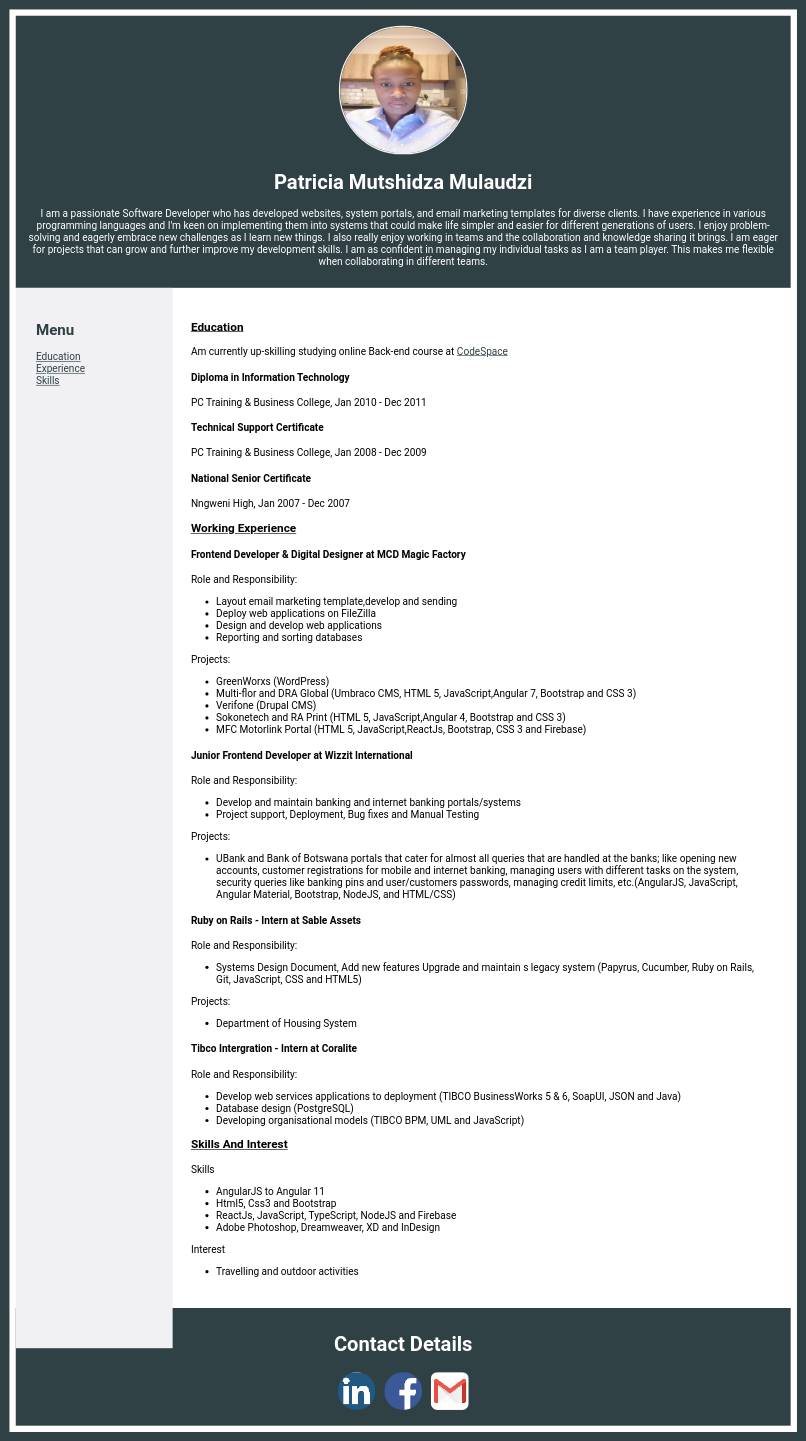
Repository: Patricious/Digital-Resume-01
Page: index.html
An editor plug-in stored every save of this project. The page is shown before and after a run of saves, followed by the edit.
The browser window is 1280 px wide. The pictures show the whole page, at 63% of full size.

Above is the page before, as saved 2021-08-23 11:54:38.

### index.html
<!DOCTYPE html>
<html>

<head>
    <title>Patricia Digital Resume</title>
    <meta charset="utf-8">
    <meta name="viewport" content="width=device-width, initial-scale=1">
    <link rel="stylesheet" type="text/css" href="css/stylesheet.css">
</head>

<body scroll="yes">

    <header>
        <img src="img/IMG_20200502_085519.jpg" alt="profile" width="200" height="200" class="profile" />
        <h1>Patricia Mutshidza Mulaudzi</h1>
        <p>I am a passionate Software Developer who has developed websites, system portals, and email marketing templates for diverse clients. I have experience in various programming languages and I'm keen on implementing them into systems that could make
            life simpler and easier for different generations of users. I enjoy problem-solving and eagerly embrace new challenges as I learn new things. I also really enjoy working in teams and the collaboration and knowledge sharing it brings. I am
            eager for projects that can grow and further improve my development skills. I am as confident in managing my individual tasks as I am a team player. This makes me flexible when collaborating in different teams.</p>
    </header>
    <div class="container">
        <section>
            <aside>
                <h2>Menu</h2>
                <ul class="nav">
                    <li>
                        <a href="#education">Education</a>
                    </li>
                    <li>
                        <a href="#experience">Experience</a>
                    </li>
                    <li>
                        <a href="#skills">Skills</a>
                    </li>

                </ul>
            </aside>

            <article>
                <h3 id="education"> <span>Education</span>
                </h3>
                <p> Am currently up-skilling studying online Back-end course at
                    <a href="https://www.codespace.co.za/courses/?matchtype=b&device=c&keyword=codespace&adgroupid=81088003381&utm_campaign=8148639553&utm_source=google&utm_medium=cpc&gclid=EAIaIQobChMIkP_7q8bG8gIV1uvtCh0w7A1-EAAYASAAEgL34vD_BwE"> CodeSpace</a>
                </p>

                <h4>Diploma in Information Technology </h4>

                <p>PC Training & Business College, Jan 2010 - Dec 2011</p>
                <h4>Technical Support Certificate </h4>


                <p>PC Training & Business College, Jan 2008 - Dec 2009</p>

                <h4>National Senior Certificate</h4>


                <p>Nngweni High, Jan 2007 - Dec 2007</p>


                <h3 id="experience"> Working Experience</h3>
                <h4>Frontend Developer & Digital Designer at MCD Magic Factory
                </h4>
                <p>Role and Responsibility:</p>
                <ul>
                    <li>Layout email marketing template,develop and sending</li>
                    <li> Deploy web applications on FileZilla</li>
                    <li>Design and develop web applications</li>
                    <li>Reporting and sorting databases</li>
                </ul>
                <p>Projects:</p>
                <ul>
                    <li>GreenWorxs (WordPress)</li>
                    <li>Multi-flor and DRA Global (Umbraco CMS, HTML 5, JavaScript,Angular 7, Bootstrap and CSS 3)</li>
                    <li>Verifone (Drupal CMS)</li>
                    <li>Sokonetech and RA Print (HTML 5, JavaScript,Angular 4, Bootstrap and CSS 3)</li>
                    <li>MFC Motorlink Portal (HTML 5, JavaScript,ReactJs, Bootstrap, CSS 3 and Firebase)</li>
                </ul>

                <h4>Junior Frontend Developer at Wizzit International
                </h4>
                <p>Role and Responsibility:</p>
                <ul>
                    <li>Develop and maintain banking and internet banking portals/systems</li>
                    <li>Project support, Deployment, Bug fixes and Manual Testing</li>

                </ul>
                <p>Projects:</p>
                <ul>
                    <li>UBank and Bank of Botswana portals that cater for almost all queries that are handled at the banks; like opening new accounts, customer registrations for mobile and internet banking, managing users with different tasks on the system,
                        security queries like banking pins and user/customers passwords, managing credit limits, etc.(AngularJS, JavaScript, Angular Material, Bootstrap, NodeJS, and HTML/CSS)</li>
                </ul>

                <h4>Ruby on Rails - Intern at Sable Assets
                </h4>
                <p>Role and Responsibility:</p>
                <ul>
                    <li>Systems Design Document, Add new features Upgrade and maintain s legacy system (Papyrus, Cucumber, Ruby on Rails, Git, JavaScript, CSS and HTML5)</li>

                </ul>
                <p>Projects:</p>
                <ul>
                    <li>Department of Housing System</li>
                </ul>

                <h4>Tibco Intergration - Intern at Coralite
                </h4>
                <p>Role and Responsibility:</p>
                <ul>
                    <li>Develop web services applications to deployment (TIBCO BusinessWorks 5 & 6, SoapUI, JSON and Java)
                    </li>
                    <li>Database design (PostgreSQL)</li>
                    <li>Developing organisational models (TIBCO BPM, UML and JavaScript)</li>
                </ul>


                <h3 id="skills">Skills And Interest</h3>
                <p>Skills</p>
                <ul>
                    <li>AngularJS to Angular 11</li>
                    <li>Html5, Css3 and Bootstrap</li>
                    <li>ReactJs, JavaScript, TypeScript, NodeJS and Firebase</li>
                    <li>Adobe Photoshop, Dreamweaver, XD and InDesign</li>
                </ul>
                <p>Interest </p>
                <ul>
                    <li>Travelling and outdoor activities</li>
                </ul>
            </article>
        </section>
    </div>

    <footer>
        <h1>Contact Details</h1>
        <a href="https://www.linkedin.com/in/patricia-mulaudzi-93b526101/" target="_blank"><img src="img/in.png" alt="LinkedIN" class="circle"></a>
        <a href="https://www.facebook.com/patricia.mulaudzi.1/" target="_blank"><img src="img/fb.png" alt="Facebook" class="circle"></a>
        <a href="mailto:mulaudzi689@gmail.com"><img src="img/gm.png" alt="Gmail" class="rounded"></a>
    </footer>

</body>

</html>

### css/stylesheet.css
     html {
         border: 15px solid #304145;
     }

     body {
         font-family: 'Roboto', sans-serif;
         font-size: 100%;
         background-color: #ffffff;
         margin: 10px;
         overflow-y: scroll;
     }

     .container {
         position: relative;
         height: 100%;
         background-color: #ffffff;
     }

     header {
         text-align: center;
         background-color: #304145;
         color: #ffffff;
         padding: 1em;
     }

     aside {
         background-color: #F1F1F3;
         color: #304145;
         width: 15%;
         padding: 2em;
         height: 100%;
         float: left;
         position: absolute;
         flex: 0 0 auto;
     }

     h3 {
         text-decoration: underline;
     }

     article {
         padding: 2em;
         margin-left: 20%;
     }

     .profile {
         border-radius: 100px;
         border: 2px solid #F1F1F3;
     }

     .circle {
         border-radius: 100px;
         padding: 5px;
     }

     .rounded {
         border-radius: 15px;
         padding: 5px;
     }

     .nav {
         list-style-type: none;
         margin: 0;
         padding: 0;
     }

     a {
         color: #304145;
     }

     footer {
         background-color: #304145;
         text-align: center;
         color: #ffffff;
         padding: 1em;
     }

After the next 3 saves:
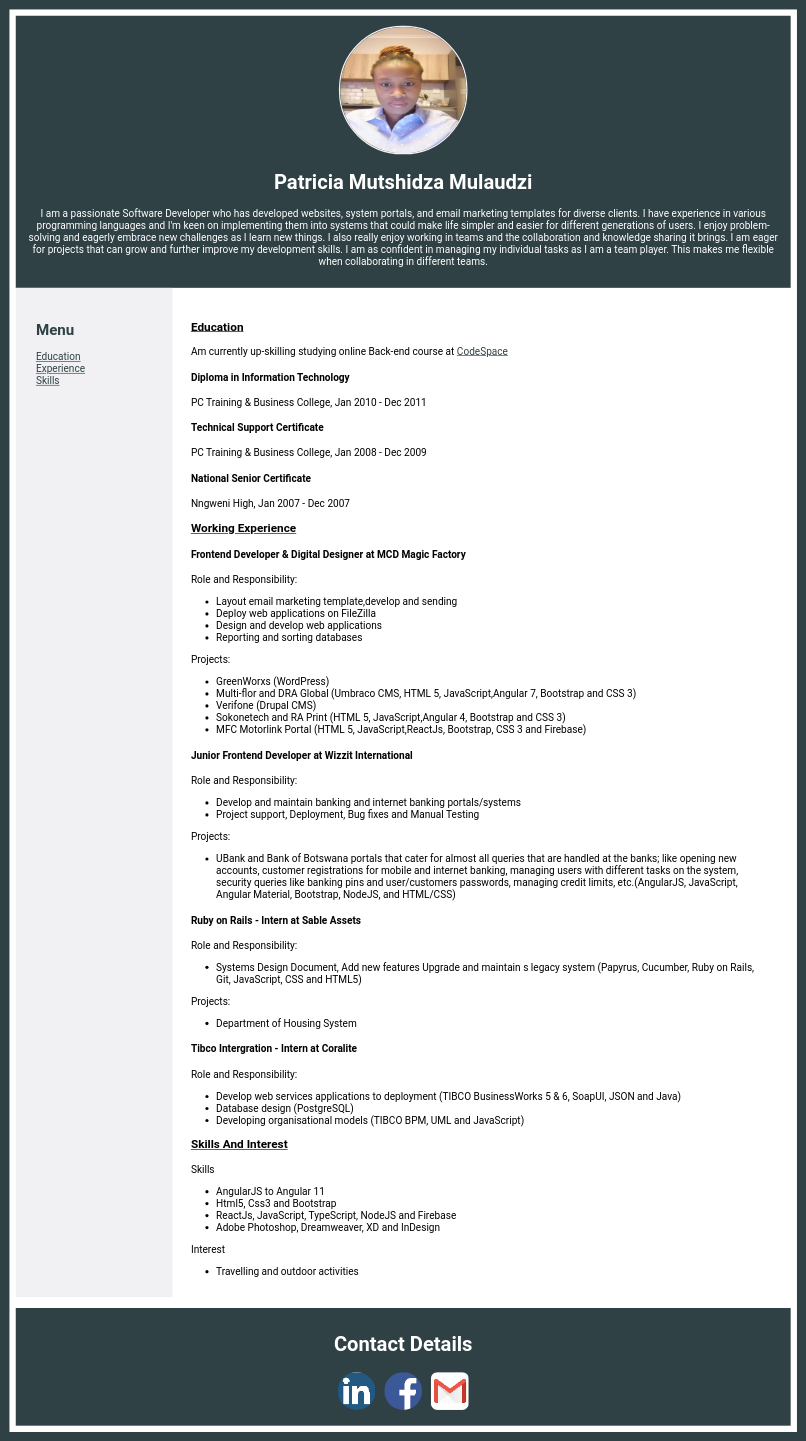
The 3 saves are shown as one change because they came seconds apart.
The last was saved 17 s later.
--- a/css/stylesheet.css
+++ b/css/stylesheet.css
@@ -28,7 +28,7 @@
          color: #304145;
          width: 15%;
          padding: 2em;
-         height: 100%;
+         height: 95%;
          float: left;
          position: absolute;
          flex: 0 0 auto;
